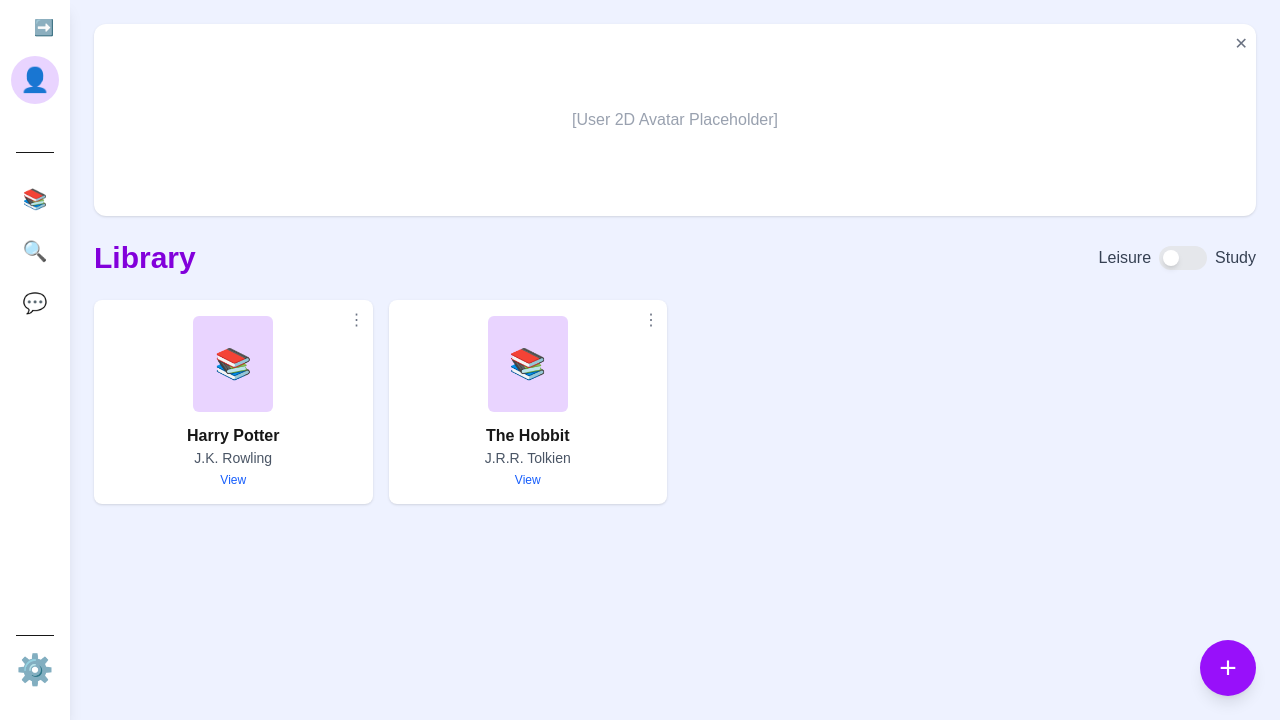
Repository: ramosfranz/bookie
Page: /dashboard
The author's editor kept a copy of each file at every save. The page is drawn from the files as they stood at one save, then again after the next save.
The browser window is 1280 px wide. The pictures show the whole page.
The project was rebuilt for these pictures with package versions that can differ from the ones it lists, and the page was loaded fresh each time. The framework's server and built-in components were replaced by stand-ins that run in the browser. Also part of the build but not shown: next.config.ts.

Above is the page before, as saved 2025-11-20 15:26:27.

After the next save:
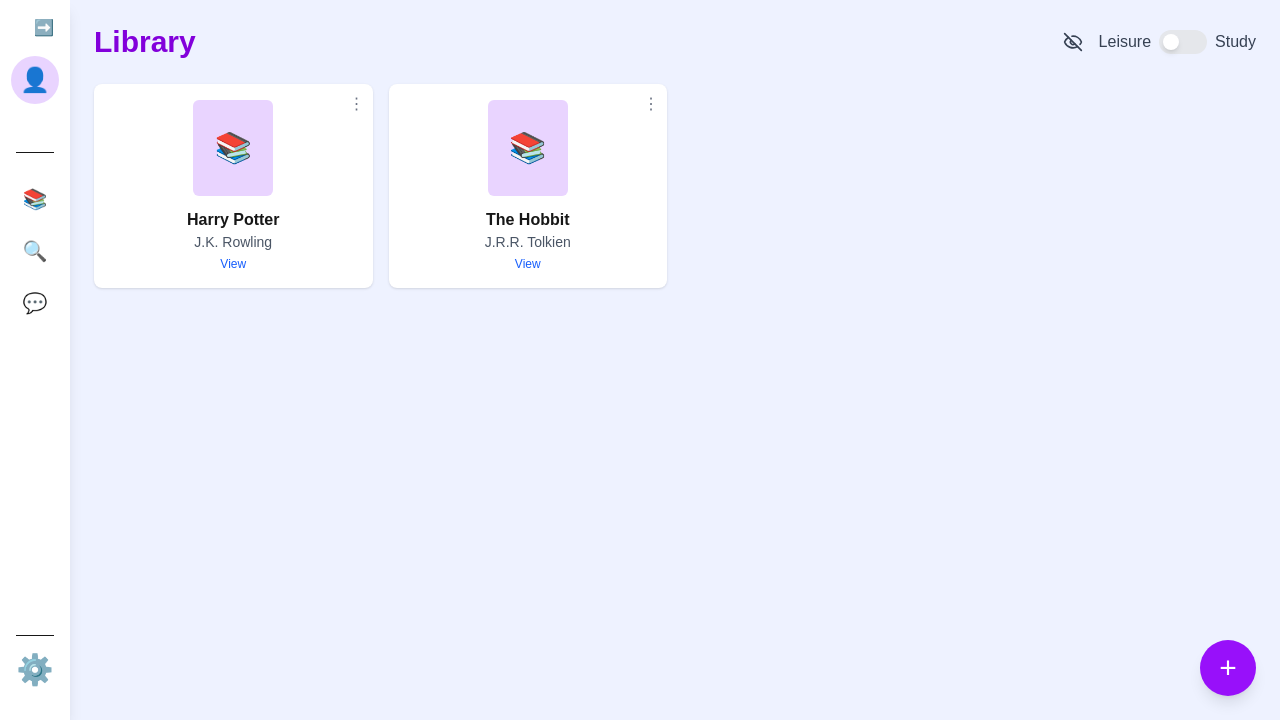
Saved 102 s later.
--- a/src/app/dashboard/page.tsx
+++ b/src/app/dashboard/page.tsx
@@ -95,58 +95,46 @@
       {/* Main content */}
       <main className="flex-1 p-6 relative">
 
-     {/* Avatar Screen Placeholder */}
-{showAvatar && (
-  <div className="w-full bg-white rounded-xl shadow flex items-center justify-center mb-6 h-48 relative">
-    <span className="text-gray-400">[User 2D Avatar Placeholder]</span>
-
-    {/* Hide Button */}
-    <button
-      onClick={() => setShowAvatar(false)}
-      className="absolute top-2 right-2 text-gray-500 hover:text-gray-700"
-    >
-      ✕
-    </button>
-  </div>
-)}
-
-{/* Show Button if hidden */}
-{!showAvatar && (
-  <div className="flex justify-end mb-6">
-    <button
-      onClick={() => setShowAvatar(true)}
-      className="px-3 py-1 bg-purple-600 text-white rounded-lg hover:bg-purple-700 transition"
-    >
-      Show Avatar
-    </button>
-  </div>
-)}
+
 
        {/* Header with toggle */}
-  <div className="flex items-center justify-between mb-6">
+{/* Header with toggle and show/hide avatar */}
+<div className="flex items-center justify-between mb-6">
   {/* Title */}
   <h1 className="text-3xl font-bold text-purple-700">Library</h1>
 
-  {/* Leisure / Study Toggle */}
-  <div className="flex items-center gap-2">
-    <span className="text-gray-700">Leisure</span>
-    <label className="relative inline-flex items-center cursor-pointer">
-      <input
-        type="checkbox"
-        className="sr-only peer"
-        checked={libraryTab === "research"}
-        onChange={() =>
-          setLibraryTab(libraryTab === "research" ? "leisure" : "research")
-        }
-      />
-      <div className="w-12 h-6 bg-gray-200 peer-focus:outline-none rounded-full peer peer-checked:bg-purple-600 transition-all"></div>
-      <div
-        className={`absolute left-1 top-1 w-4 h-4 bg-white rounded-full shadow-md transition-transform ${
-          libraryTab === "research" ? "translate-x-6" : ""
-        }`}
-      ></div>
-    </label>
-    <span className="text-gray-700">Study</span>
+  {/* Controls: Show Avatar + Leisure/Study Toggle */}
+  <div className="flex items-center gap-4">
+    {/* Show/Hide Avatar Icon */}
+    <button
+      onClick={() => setShowAvatar(!showAvatar)}
+      className="text-gray-700 hover:text-purple-600 transition"
+      title={showAvatar ? "Hide Avatar" : "Show Avatar"}
+    >
+      {showAvatar ? <EyeOff className="w-5 h-5" /> : <Eye className="w-5 h-5" />}
+    </button>
+
+    {/* Leisure / Study Toggle */}
+    <div className="flex items-center gap-2">
+      <span className="text-gray-700">Leisure</span>
+      <label className="relative inline-flex items-center cursor-pointer">
+        <input
+          type="checkbox"
+          className="sr-only peer"
+          checked={libraryTab === "research"}
+          onChange={() =>
+            setLibraryTab(libraryTab === "research" ? "leisure" : "research")
+          }
+        />
+        <div className="w-12 h-6 bg-gray-200 peer-focus:outline-none rounded-full peer peer-checked:bg-purple-600 transition-all"></div>
+        <div
+          className={`absolute left-1 top-1 w-4 h-4 bg-white rounded-full shadow-md transition-transform ${
+            libraryTab === "research" ? "translate-x-6" : ""
+          }`}
+        ></div>
+      </label>
+      <span className="text-gray-700">Study</span>
+    </div>
   </div>
 </div>
 

After the save that followed:
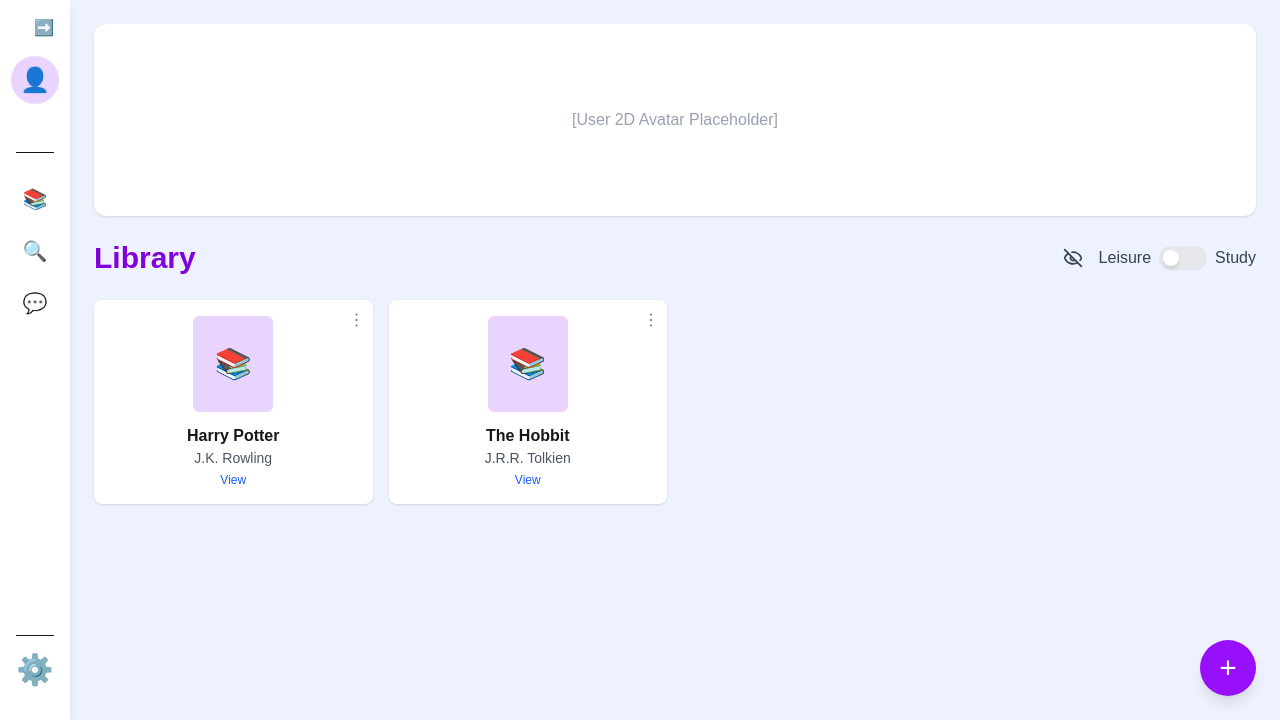
Saved 8 s later.
--- a/src/app/dashboard/page.tsx
+++ b/src/app/dashboard/page.tsx
@@ -95,7 +95,12 @@
       {/* Main content */}
       <main className="flex-1 p-6 relative">
 
-
+  {/* Avatar Placeholder */}
+{showAvatar && (
+  <div className="w-full bg-white rounded-xl shadow flex items-center justify-center mb-6 h-48">
+    <span className="text-gray-400">[User 2D Avatar Placeholder]</span>
+  </div>
+)}
 
        {/* Header with toggle */}
 {/* Header with toggle and show/hide avatar */}
